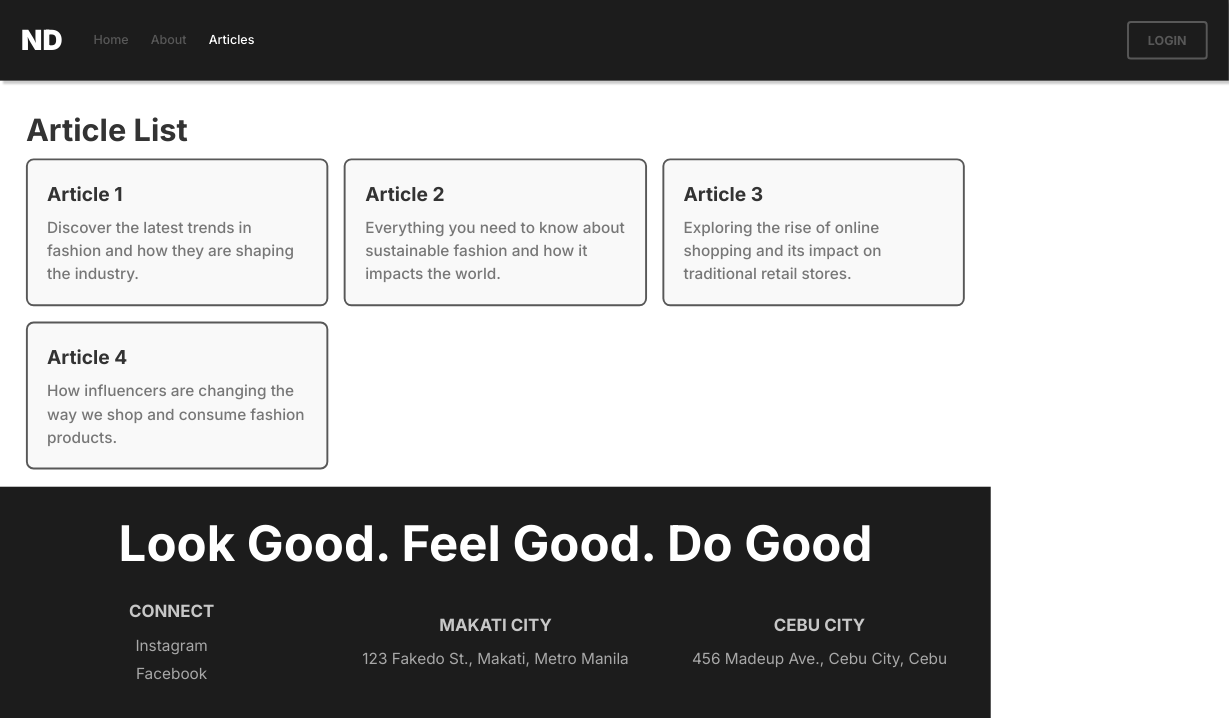
Repository: neomdavid/advancedwebprogramming
Page: /articles
These files come from the project's save history. The page is drawn as it stood at one moment and after the next save; the edit follows.
The browser window is 1280 px wide. The pictures show the whole page, at 96% of full size.
The project was rebuilt for these pictures with package versions that can differ from the ones it lists, and the page was loaded fresh each time. Also part of the build but not shown: vite.config.js, src/styles/AboutPage.css, src/pages/AboutPAge.jsx, src/pages/ArticlePage.jsx, src/styles/HomePage.css, src/pages/HomePage.jsx.

Above is the page before, as saved 2025-04-15 08:09:48.

After the next save:
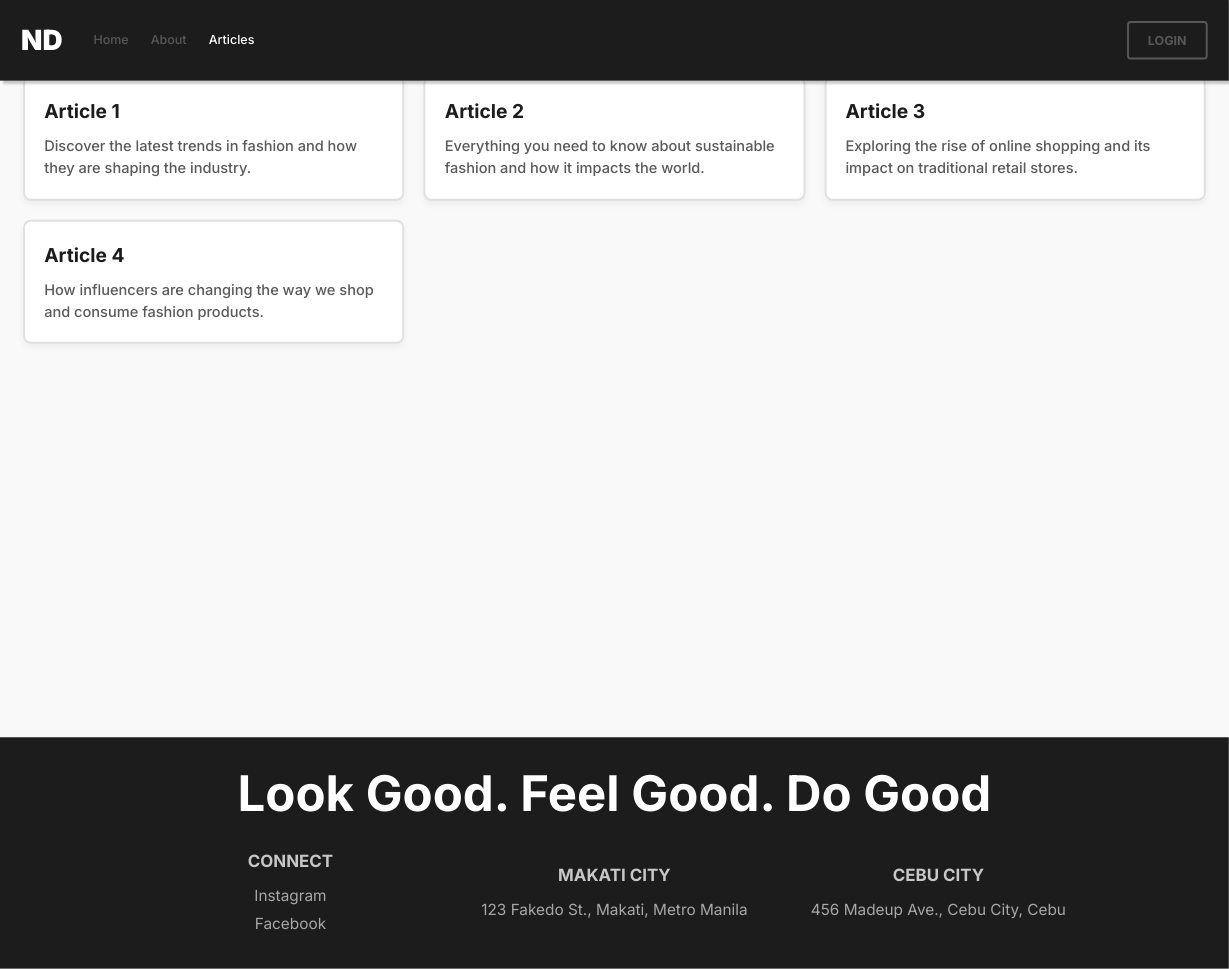
Saved 70 s later.
--- a/src/styles/ArticleList.css
+++ b/src/styles/ArticleList.css
@@ -1,49 +1,66 @@
 .article-container {
   display: flex;
   flex-direction: column;
-  justify-content: center;
-  padding: 18px 27px;
-  margin-top: 100px;
+  padding: 24px;
+  background-color: #f9f9f9;
+  min-height: 100vh;
 }
 
 .heading {
-  margin-bottom: 12px;
   font-size: 2rem;
-  color: #333;
+  font-weight: 800;
+  margin-bottom: 20px;
+  text-transform: uppercase;
+  color: #1c1c1c;
+  text-align: center;
 }
 
 .article-grid {
   display: grid;
-  grid-template-columns: repeat(
-    auto-fill,
-    minmax(250px, 1fr)
-  ); /* Responsive grid */
-  gap: 16px;
+  grid-template-columns: 1fr;
+  gap: 20px;
 }
 
 .article-item {
+  background-color: #ffffff;
+  border: 2px solid #e0e0e0;
+  border-radius: 8px;
   padding: 20px;
-  border: 2px solid #585858;
-  border-radius: 8px;
-  background-color: #f9f9f9;
-  transition: all 0.3s;
   text-decoration: none;
-  color: inherit;
-}
-
-.article-item:hover {
-  border-color: #c7c7c7;
-  background-color: #f1f1f1;
-  color: #585858;
+  color: #333;
+  transition: all 0.3s ease-in-out;
+  box-shadow: 0 4px 8px rgba(0, 0, 0, 0.05);
 }
 
 .article-item h2 {
   font-size: 1.25rem;
-  margin-bottom: 8px;
-  color: #333;
+  font-weight: 700;
+  margin-bottom: 10px;
+  color: #1c1c1c;
 }
 
 .article-item p {
-  font-size: 1rem;
-  color: #777;
+  font-size: 0.95rem;
+  color: #5a5a5a;
+  line-height: 1.5;
 }
+
+.article-item:hover {
+  transform: translateY(-4px);
+  border-color: #585858;
+  box-shadow: 0 6px 12px rgba(0, 0, 0, 0.1);
+  color: #1c1c1c;
+}
+
+/* Responsive Grid: 2 columns on medium screens and up */
+@media (min-width: 640px) {
+  .article-grid {
+    grid-template-columns: repeat(2, 1fr);
+  }
+}
+
+@media (min-width: 1024px) {
+  .article-grid {
+    grid-template-columns: repeat(3, 1fr);
+  }
+}
